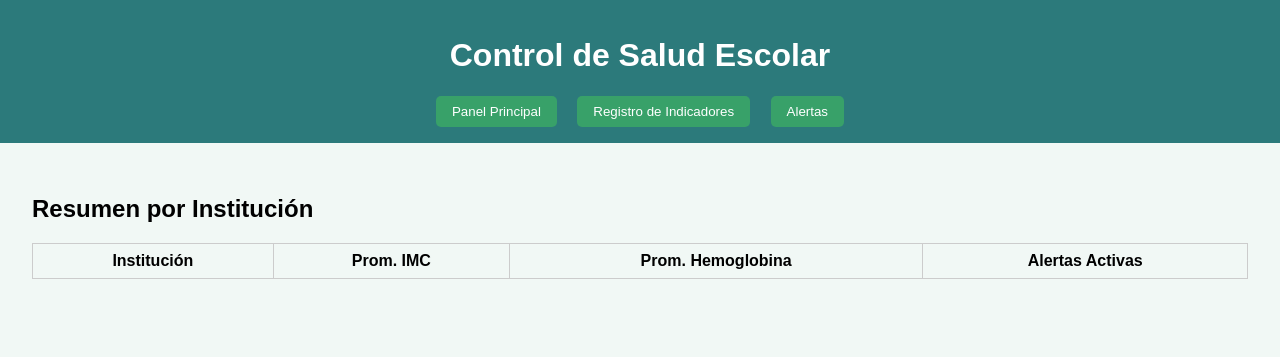
Repository: Eduardoaguic/control-salud-escolar
Page: index.html
An editor plug-in stored every save of this project. The page is shown before and after the next save, followed by the edit.
The browser window is 1280 px wide. The pictures show the whole page.

Above is the page before, as saved 2025-05-19 22:50:49.

### index.html
<!DOCTYPE html>
<html lang="es">
<head>
  <meta charset="UTF-8">
  <title>Salud Escolar - Panel General</title>
  <link rel="stylesheet" href="styles.css">
  <script src="script.js" defer></script>
</head>
<body>
  <header>
    <h1>Control de Salud Escolar</h1>
    <nav>
      <button onclick="mostrarSeccion('panel')">Panel Principal</button>
      <button onclick="mostrarSeccion('registro')">Registro de Indicadores</button>
      <button onclick="mostrarSeccion('alertas')">Alertas</button>
    </nav>
  </header>

  <main>
    <!-- Sección: Panel Principal -->
    <section id="panel" class="seccion visible">
      <h2>Resumen por Institución</h2>
      <table>
        <thead>
          <tr>
            <th>Institución</th>
            <th>Prom. IMC</th>
            <th>Prom. Hemoglobina</th>
            <th>Alertas Activas</th>
          </tr>
        </thead>
        <tbody id="tablaResumen">
          <!-- Datos generados dinámicamente -->
        </tbody>
      </table>
    </section>

    <!-- Sección: Registro de Indicadores -->
    <section id="registro" class="seccion">
      <h2>Registro de Indicadores</h2>
      <form id="formIndicador">
        <label>DNI Escolar:
          <input type="text" id="dni" required>
        </label>
        <label>Peso (kg):
          <input type="number" step="0.1" id="peso" required>
        </label>
        <label>Talla (m):
          <input type="number" step="0.01" id="talla" required>
        </label>
        <label>Hemoglobina (g/dL):
          <input type="number" step="0.1" id="hemoglobina" required>
        </label>
        <button type="submit">Registrar</button>
      </form>
      <p id="resultado"></p>
    </section>

    <!-- Sección: Alertas -->
    <section id="alertas" class="seccion">
      <h2>Listado de Alertas</h2>
      <ul id="listaAlertas">
        <!-- Alertas se listarán aquí -->
      </ul>
    </section>
  </main>
</body>
</html>

### styles.css
body {
    font-family: Arial, sans-serif;
    margin: 0;
    padding: 0;
    background-color: #f1f8f5;
  }

  header {
    background-color: #2c7a7b;
    color: white;
    padding: 1rem;
    text-align: center;
  }

  nav {
    margin-top: 1rem;
  }

  nav button {
    margin: 0 0.5rem;
    padding: 0.5rem 1rem;
    border: none;
    background-color: #38a169;
    color: white;
    cursor: pointer;
    border-radius: 5px;
  }

  nav button:hover {
    background-color: #2f855a;
  }

  main {
    padding: 2rem;
  }

  form label {
    display: block;
    margin-bottom: 0.5rem;
  }

  form input {
    width: 100%;
    padding: 0.5rem;
    margin-bottom: 1rem;
  }

  button[type="submit"] {
    background-color: #3182ce;
  }

  button[type="submit"]:hover {
    background-color: #2b6cb0;
  }

  table {
    width: 100%;
    border-collapse: collapse;
    margin-top: 1rem;
  }

  table, th, td {
    border: 1px solid #ccc;
  }

  th, td {
    padding: 0.5rem;
    text-align: center;
  }

  .seccion {
    display: none;
  }

  .visible {
    display: block;
  }

### script.js
document.addEventListener('DOMContentLoaded', () => {
    const form = document.getElementById('formIndicador');
    if (form) {
      form.addEventListener('submit', (e) => {
        e.preventDefault();
        const peso = parseFloat(document.getElementById('peso').value);
        const talla = parseFloat(document.getElementById('talla').value);
        const hemoglobina = parseFloat(document.getElementById('hemoglobina').value);

        const imc = peso / (talla * talla);
        let alerta = '';

        if (imc < 18) alerta += 'IMC bajo. ';
        if (hemoglobina < 11) alerta += 'Riesgo de anemia.';

        document.getElementById('resultado').textContent = `IMC calculado: ${imc.toFixed(2)}. ${alerta}`;

        // Aquí se podría agregar una llamada a backend con fetch()
      });
    }
  });

  function mostrarSeccion(id) {
    document.querySelectorAll('.seccion').forEach(sec => sec.classList.remove('visible'));
    document.getElementById(id).classList.add('visible');
  }

After the next save:
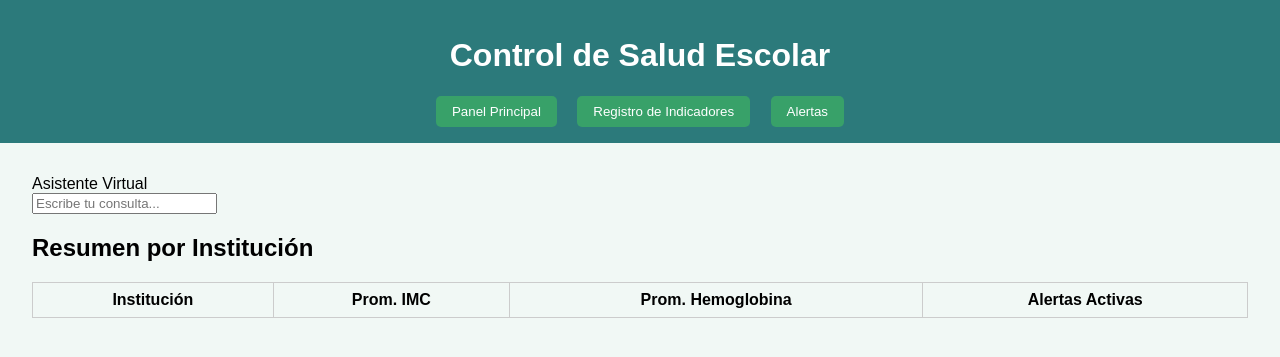
Saved 6 days later.
--- a/index.html
+++ b/index.html
@@ -17,6 +17,13 @@
   </header>
 
   <main>
+    <!-- Chatbot flotante -->
+    <div id="chatbot" class="chatbot">
+      <div class="chatbot-header">Asistente Virtual</div>
+      <div class="chatbot-body" id="chatbody"></div>
+      <input type="text" id="userInput" placeholder="Escribe tu consulta..." onkeydown="if(event.key==='Enter'){enviarPregunta()}">
+    </div>
+
     <!-- Sección: Panel Principal -->
     <section id="panel" class="seccion visible">
       <h2>Resumen por Institución</h2>
